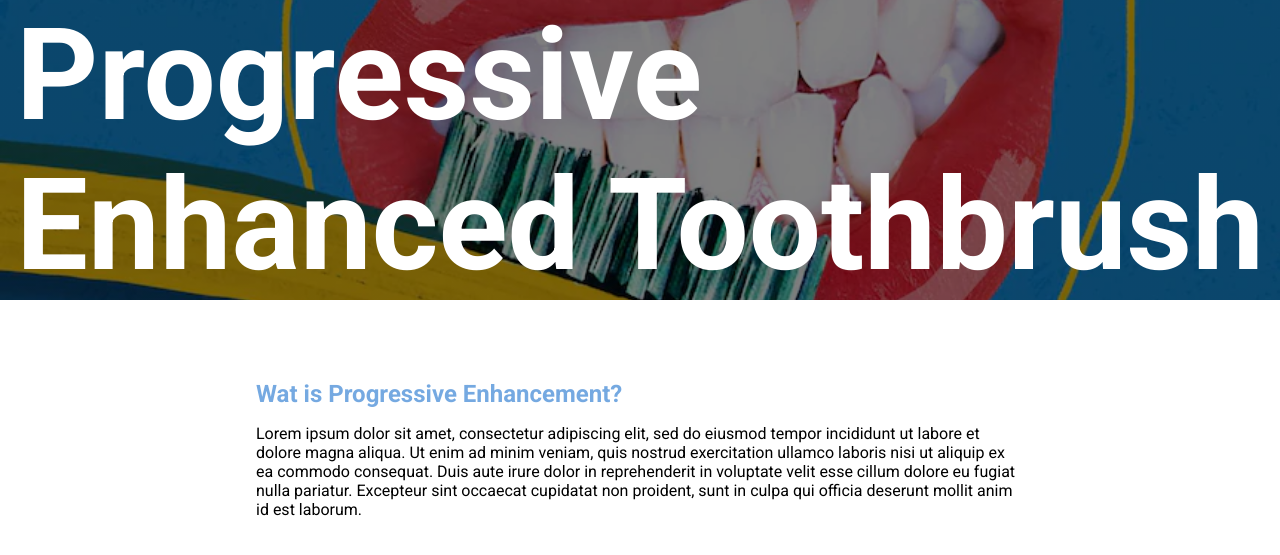
Repository: norakramer1/browser-technologies-2122
Page: progressive-enhanced-toothbrush-main/index.html
An editor plug-in stored every save of this project. The page is shown before and after the next save, followed by the edit.
The browser window is 1280 px wide. The pictures show the whole page.

Above is the page before, as saved 2022-03-23 12:15:04.

### progressive-enhanced-toothbrush-main/index.html
<!DOCTYPE html>
<html lang="en">
<head>
    <meta charset="UTF-8">
    <meta http-equiv="X-UA-Compatible" content="IE=edge">
    <meta name="viewport" content="width=device-width, initial-scale=1.0">
    <title>Progressive Enhanced Toothbrush</title>
    <link rel="stylesheet" href="style.css">
    <link href="https://fonts.googleapis.com/css2?family=Roboto:ital,wght@0,100;0,300;0,400;0,500;0,700;0,900;1,100;1,300;1,400;1,500;1,700;1,900&display=swap" rel="stylesheet">
</head>
<body>
    <header>
        <h1>Progressive Enhanced Toothbrush</h1>
    </header>
    <main>
        <article>
            <h2>Wat is Progressive Enhancement?</h2>
            <p>Lorem ipsum dolor sit amet, consectetur adipiscing elit, sed do eiusmod tempor incididunt ut labore et dolore magna aliqua. Ut enim ad minim veniam, quis nostrud exercitation ullamco laboris nisi ut aliquip ex ea commodo consequat. Duis aute irure dolor in reprehenderit in voluptate velit esse cillum dolore eu fugiat nulla pariatur. Excepteur sint occaecat cupidatat non proident, sunt in culpa qui officia deserunt mollit anim id est laborum.</p>
        </article>
    </main>

    <script src="script.js"></script>
</body>
</html>

### progressive-enhanced-toothbrush-main/style.css
* {
    padding: 0;
    margin: 0;
    font-family: "Roboto", sans-serif;
}

header {
    background-image: linear-gradient(to bottom, rgba(0,0,0, .5), rgba(0,0,0, .5)),
    url('img/header.webp');
    background-size: cover;
    background-position: center;
    background-repeat: no-repeat;
    width: 100vw;
    display: grid;
    place-items: center;
}

h1 {
    color: white;
    font-size: 10vw;
    padding: 0 1rem;
}

main {
    padding: 5rem 20vw;
}

h2 {
    color: #75A9E1;
    margin-bottom: 1rem;
}

Loaded but not shown: progressive-enhanced-toothbrush-main/script.js (no stored copy; drawn as an empty file)

After the next save:
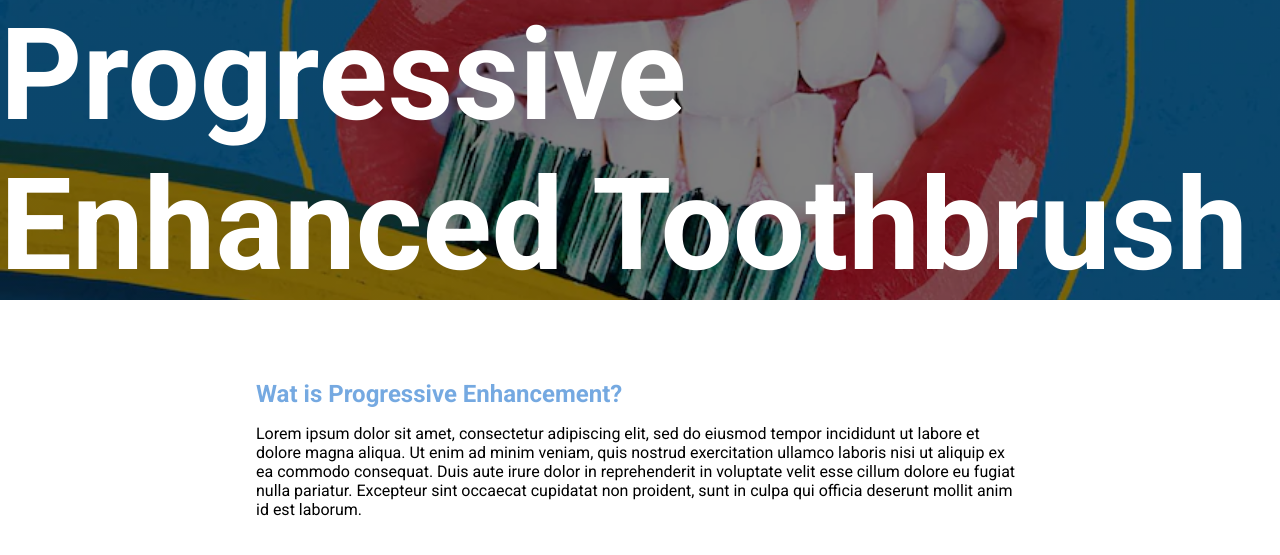
Saved 13 s later.
--- a/progressive-enhanced-toothbrush-main/style.css
+++ b/progressive-enhanced-toothbrush-main/style.css
@@ -18,7 +18,7 @@ header {
 h1 {
     color: white;
     font-size: 10vw;
-    padding: 0 1rem;
+    /* padding: 0 1rem; */
 }
 
 main {
